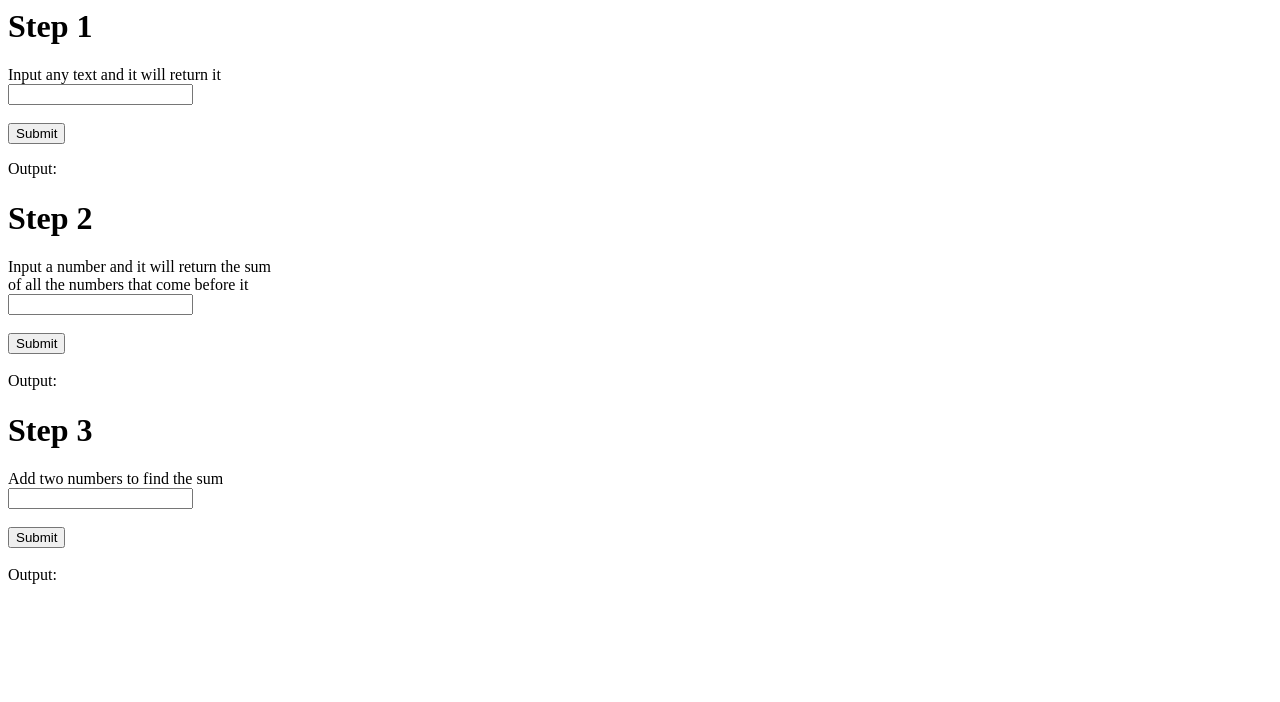
Repository: jknudsen97/WDD-330-Portfolio
Page: week2/teamactivity.html
An editor plug-in stored every save of this project. The page is shown before and after the next save, followed by the edit.
The browser window is 1280 px wide. The pictures show the whole page.

Above is the page before, as saved 2021-10-19 17:08:43.
Console error: TypeError: Cannot set properties of null (setting 'innerHTML')

### week2/teamactivity.html
<html lang="en">
    <head>
        <meta charset="UTF-8">
        <meta name="viewport" content="width=device-width, initial-scale=1.0">
        <script src="js/script.js" defer></script>
        <title>W02 TeamActivity</title>
    </head>
    <body>
        <h1>Step 1</h1>
        <form action="submit" title="submit">
            <label>Input any text and it will return it</label><br>
            <input type="text" id="textInput"><br><br>
            <button type="button" id="textButton" value="Submit"
                onclick = "readForm()">Submit</button><br>
        </form>
        <div id="div1">
            <label>Output:</label>
        </div>
        <h1>Step 2</h1>
        <form action="submit" title="submit">
            <label>Input a number and it will return the sum <br>
                of all the numbers that come before it</label><br>
            <input type="number" id="inputNum"><br><br>
            <button type="button" id="addnumButton" value="submit"
                onclick = "sumNum()">Submit</button><br><br>
            <div id="div2">
                <label>Output:</label>
            </div>
        </form>
        <h1>Step 3</h1>
        <form action="submit" title="submit">
            <label>Add two numbers to find the sum</label><br>
            <input type="number" id="inputNum"><br><br>
            <button type="button" id="addnumButton" value="submit"
                onclick = "sumNum()">Submit</button><br><br>
            <div id="div2">
                <label>Output:</label>
            </div>
        </form>
        <script>
            function readForm(){
                var inputData = document.getElementById("textInput").value;
                const div1 = document.getElementById("div1");
                div1.innerText = "Output: " + inputData;
            }
            function sumNum(){
                var inputNum = document.getElementById("inputNum").value;
                var totalSum = 0;
                for(let i=0; i<=inputNum; i++){
                    totalSum += i;
                }
                const div2 = document.getElementById("div2");
                div2.innerText = "Output: " + totalSum;
            }

            function addNum(){
                var inputNum1 = parseInt(document.getElementById("inputNum1").value);
                var inputNum2 = parseInt(document.getElementById("inputNum2").value);
                var totalNUm = inputNum1 + inputNum2;

                const div3 = document.getElementById("div3");
                div3.innerHTML = "Output: " +totalNum;
            }
        </script>
    </body>
</html>

### week2/js/script.js
const date = new Date();
const options = {
      weekday: "long",
      month: "long",
      day: "numeric",
      year: "numeric",
    };
document.querySelector("#currentyear").innerHTML
= date.getFullYear();

After the next save:
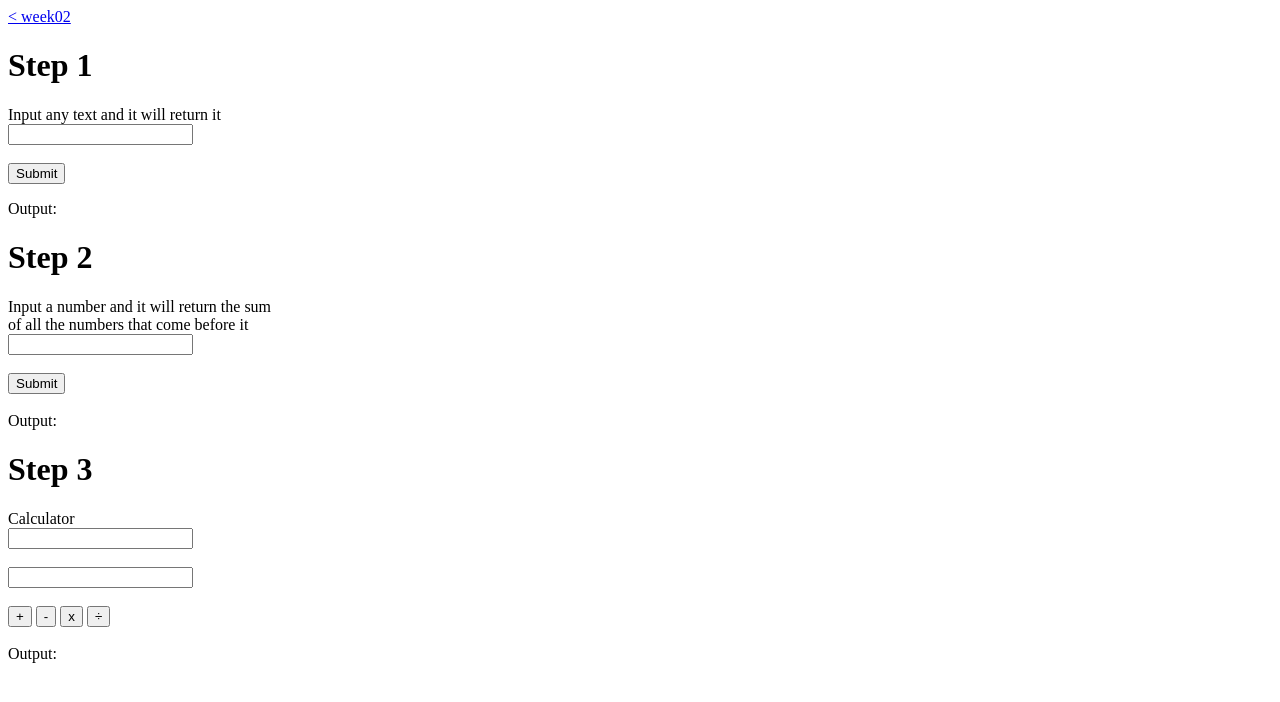
The error is gone.
Saved 7 min 21 s later.
--- a/week2/teamactivity.html
+++ b/week2/teamactivity.html
@@ -2,10 +2,10 @@
     <head>
         <meta charset="UTF-8">
         <meta name="viewport" content="width=device-width, initial-scale=1.0">
-        <script src="js/script.js" defer></script>
         <title>W02 TeamActivity</title>
     </head>
     <body>
+        <a href="./week02.html">&lt; week02</a>
         <h1>Step 1</h1>
         <form action="submit" title="submit">
             <label>Input any text and it will return it</label><br>
@@ -29,11 +29,18 @@
         </form>
         <h1>Step 3</h1>
         <form action="submit" title="submit">
-            <label>Add two numbers to find the sum</label><br>
-            <input type="number" id="inputNum"><br><br>
+            <label>Calculator</label><br>
+            <input type="number" id="inputNum1"><br><br>
+            <input type="number" id="inputNum2"><br><br>
             <button type="button" id="addnumButton" value="submit"
-                onclick = "sumNum()">Submit</button><br><br>
-            <div id="div2">
+                onclick = "addNum()">+</button>
+            <button type="button" id="subnumButton" value="submit"
+                onclick = "subNum()">-</button>
+                <button type="button" id="timesButton" value="submit"
+                onclick = "timesNum()">x</button>
+                <button type="button" id="timesButton" value="submit"
+                onclick = "divideNum()">÷</button><br><br>
+            <div id="div3">
                 <label>Output:</label>
             </div>
         </form>
@@ -53,13 +60,36 @@
                 div2.innerText = "Output: " + totalSum;
             }
 
+            function getNum(){
+                const inputNum1 = parseInt(document.getElementById("inputNum1").value);
+                const inputNum2 = parseInt(document.getElementById("inputNum2").value);
+                return [inputNum1, inputNum2];
+            }
+            function displayNum(totalNum){
+                const div3 = document.getElementById("div3");
+                div3.innerHTML = "Output: " + totalNum;
+            }
+
             function addNum(){
-                var inputNum1 = parseInt(document.getElementById("inputNum1").value);
-                var inputNum2 = parseInt(document.getElementById("inputNum2").value);
-                var totalNUm = inputNum1 + inputNum2;
+                const [a, b] = getNum();
+                let totalNum = a + b;
+                displayNum(totalNum);
+            }
 
-                const div3 = document.getElementById("div3");
-                div3.innerHTML = "Output: " +totalNum;
+            var subNum = () => {
+                const [a, b] = getNum();
+                let totalNum = a - b;
+                displayNum(totalNum);
+            }
+            let timesNum = function(){
+                const [a, b] = getNum();
+                let totalNum = a * b;
+                displayNum(totalNum);
+            }
+            var divideNum = () =>{
+                const [a, b] = getNum();
+                const totalNum = a / b;
+                displayNum(totalNum);
             }
         </script>
     </body>
